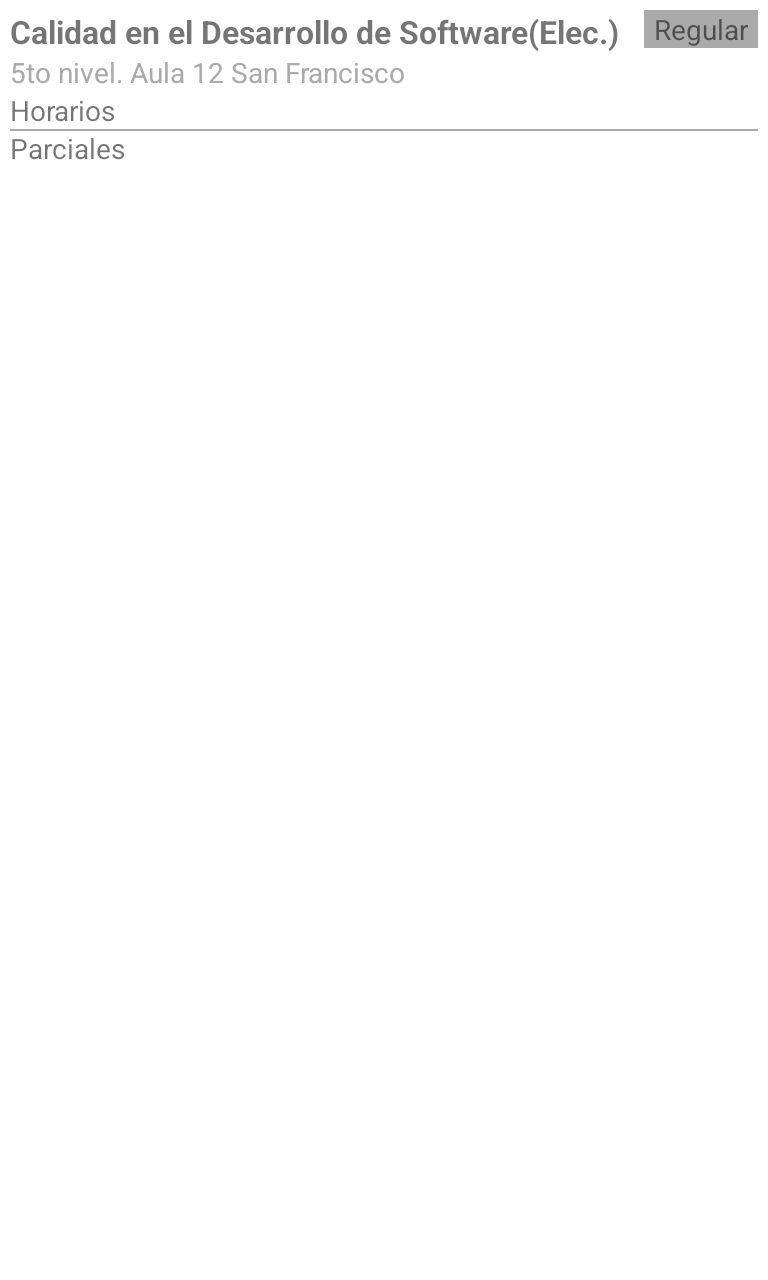
Repository: juanpablobono/Sysacadalumnos
Layout: Sysacad/res/layout/lst_cursado_item.xml
An editor plug-in stored every save of this project. The layout is shown before and after the next save, followed by the edit.
It is drawn on a 768 x 1280 px phone screen (xhdpi) without system bars, with theme temaSysacad; the app's code is not run.

Above is the layout before, as saved 2014-07-07 13:02:31.

After the next save:
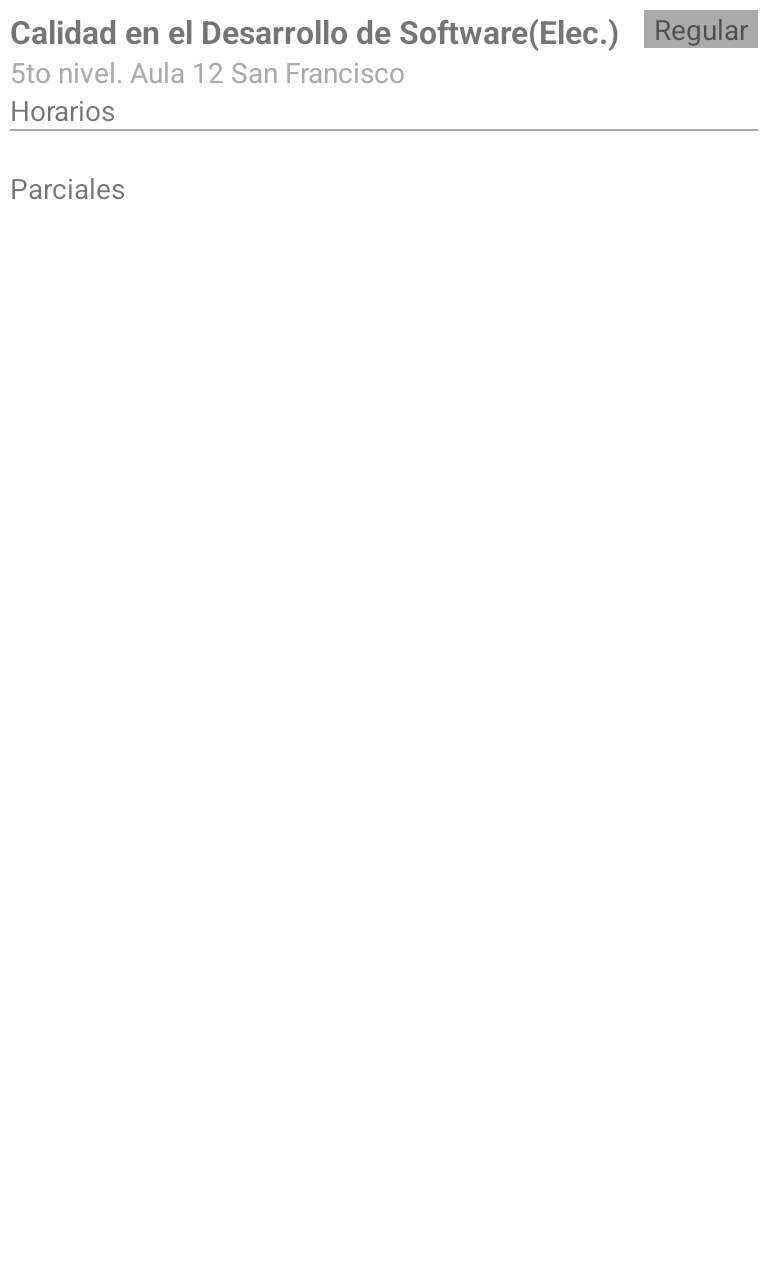
Saved 36 s later.
--- a/Sysacad/res/layout/lst_cursado_item.xml
+++ b/Sysacad/res/layout/lst_cursado_item.xml
@@ -73,19 +73,20 @@
         android:padding="5dp"/>
 
     <TextView
-        android:id="@+id/lblForParciales"
-        android:layout_width="wrap_content"
-        android:layout_height="wrap_content"
-        android:layout_alignParentLeft="true"
-        android:layout_below="@+id/lblForHorarios"
-        android:text="Parciales " />
-
-    <TextView
         android:id="@+id/lblHorarios"
         android:layout_width="wrap_content"
         android:layout_height="wrap_content"
         android:layout_below="@+id/viewSeparadorHorarios"
         android:text="" />
+
+    <TextView
+        android:id="@+id/lblForParciales"
+        android:layout_width="wrap_content"
+        android:layout_height="wrap_content"
+        android:layout_alignParentLeft="true"
+        android:layout_below="@+id/lblHorarios"
+        android:text="Parciales " />
+
 
     <TextView
         android:id="@+id/lblParciales"
